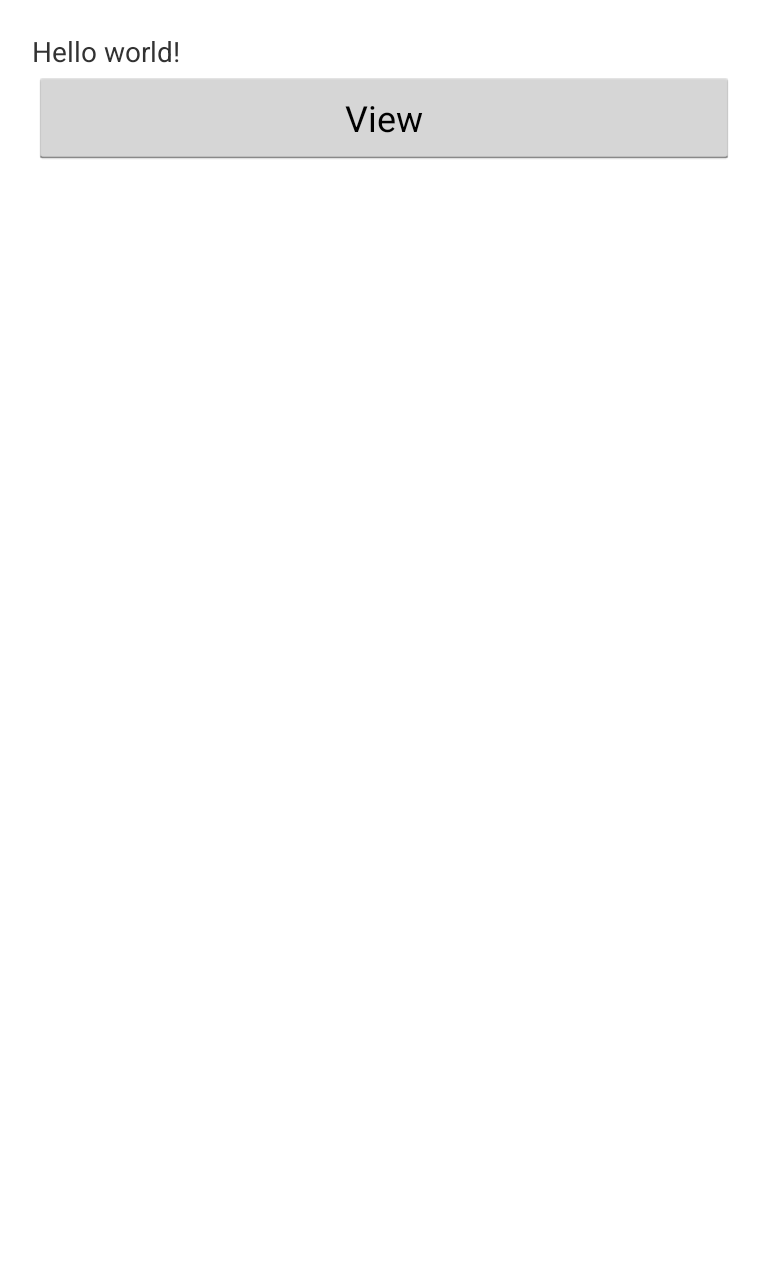
Repository: qwer2714856/Android_learn
Layout: viewEvent/res/layout/activity_main.xml
An editor plug-in stored every save of this project. The layout is shown before and after the next save, followed by the edit.
It is drawn on a 768 x 1280 px phone screen (xhdpi) without system bars, with theme AppTheme; the app's code is not run.

Above is the layout before, as saved 2015-09-25 02:12:10.

### viewEvent/res/layout/activity_main.xml
<LinearLayout xmlns:android="http://schemas.android.com/apk/res/android"
    xmlns:tools="http://schemas.android.com/tools"
    android:layout_width="match_parent"
    android:layout_height="match_parent"
    android:paddingBottom="@dimen/activity_vertical_margin"
    android:paddingLeft="@dimen/activity_horizontal_margin"
    android:paddingRight="@dimen/activity_horizontal_margin"
    android:paddingTop="@dimen/activity_vertical_margin"
    tools:context="com.theadventus.viewevent.MainActivity"
    android:orientation="vertical"
    >

    <TextView
        android:layout_width="wrap_content"
        android:layout_height="wrap_content"
        android:text="@string/hello_world"
        />

    <Button
        android:layout_width="match_parent"
        android:layout_height="wrap_content"
        android:text="View"
        android:id="@+id/bt"
        android:onClick="four"
        />
</LinearLayout>

### viewEvent/res/values/strings.xml
<?xml version="1.0" encoding="utf-8"?>
<resources>

    <string name="app_name">viewEvent</string>
    <string name="hello_world">Hello world!</string>
    <string name="action_settings">Settings</string>

</resources>

Loaded but not shown: viewEvent/res/values/styles.xml (common file); viewEvent/res/values-v11/styles.xml (common file); viewEvent/res/values-v14/styles.xml (common file); viewEvent/res/values/dimens.xml (common file); viewEvent/res/values-w820dp/dimens.xml (common file)

After the next save:
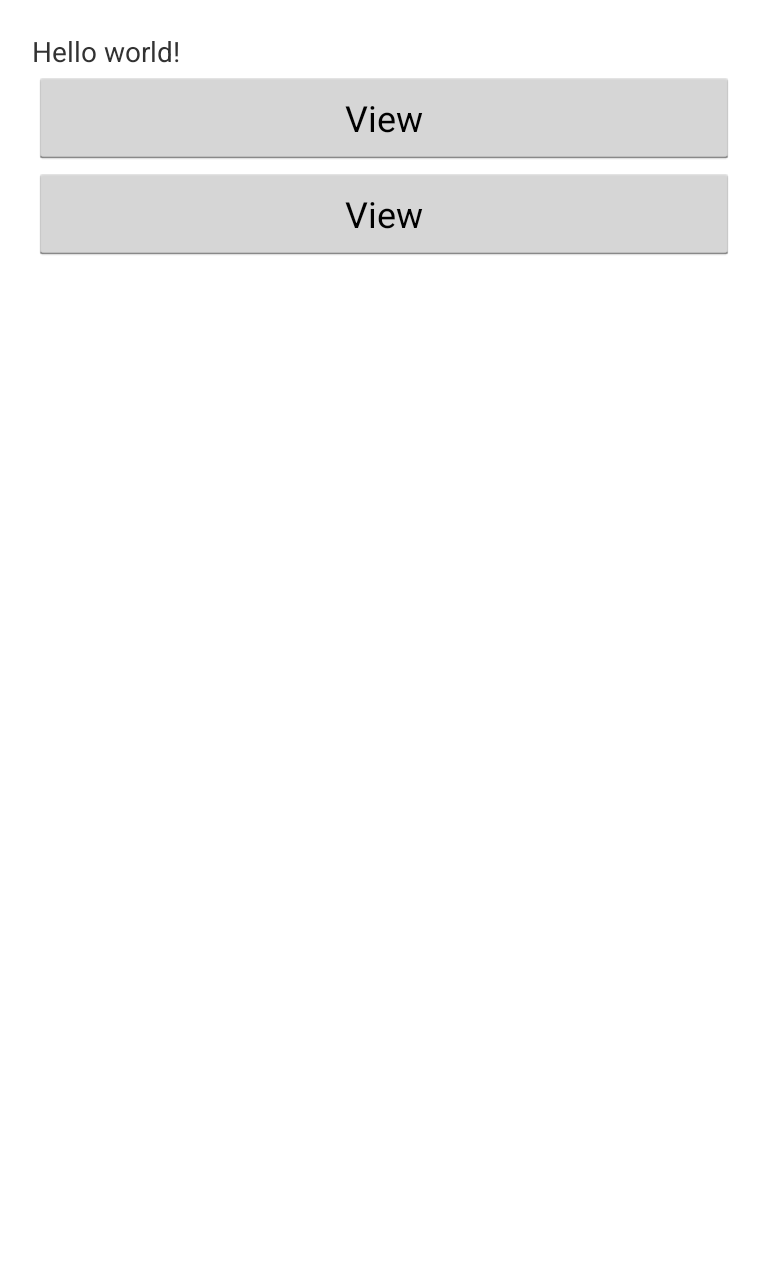
Saved 4 min 54 s later.
--- a/viewEvent/res/layout/activity_main.xml
+++ b/viewEvent/res/layout/activity_main.xml
@@ -23,4 +23,12 @@
         android:id="@+id/bt"
         android:onClick="four"
         />
+
+    <!-- 多个Button的click可以指向一个函数 -->
+    <Button
+        android:layout_width="match_parent"
+        android:layout_height="wrap_content"
+        android:text="View"
+        android:onClick="five"
+        />
 </LinearLayout>
